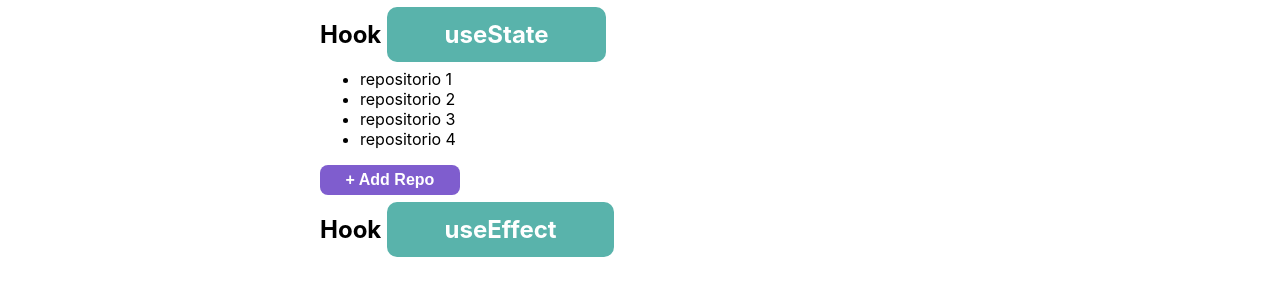
Repository: thiagolucio/react-hooks-use
Page: /
An editor plug-in stored every save of this project. The page is shown before and after the next save, followed by the edit.
The browser window is 1280 px wide. The pictures show the whole page.
The project was rebuilt for these pictures with package versions that can differ from the ones it lists, and the page was loaded fresh each time.

Above is the page before, as saved 2022-03-08 22:48:08.

After the next save:
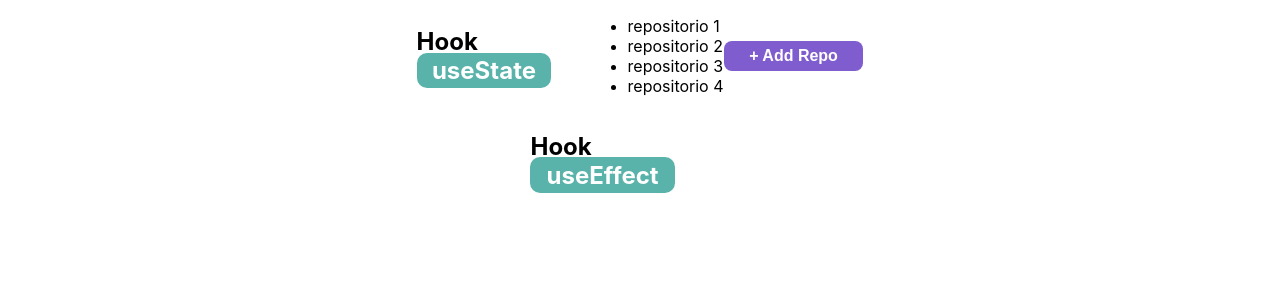
Saved 4 s later.
--- a/src/App.css
+++ b/src/App.css
@@ -1,4 +1,4 @@
-.container-column {
+.container {
     display: flex;
     align-items: center;
     justify-content: center;
